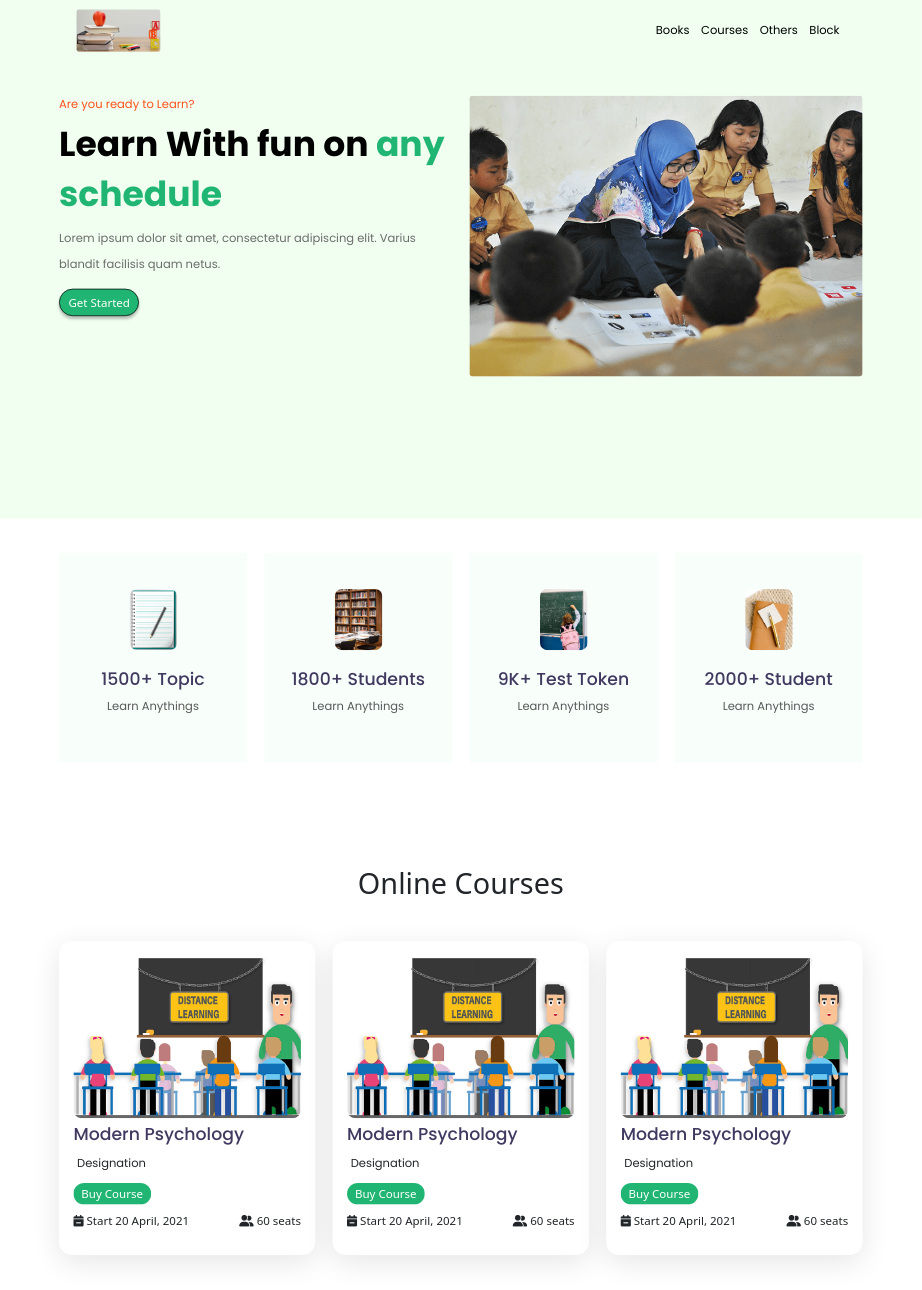
Repository: zjria/Figma-to-E-school
Page: index.html
The author's editor kept a copy of each file at every save. The page is drawn from the files as they stood at one save, then again after the next save.
The browser window is 1280 px wide. The pictures show the whole page, at 72% of full size.
Some web libraries are served in a nearby version.

Above is the page before, as saved 2022-05-07 08:17:35.

### index.html
<!doctype html>
<html lang="en">
  <head>
    <!-- Required meta tags -->
    <meta charset="utf-8">
    <meta name="viewport" content="width=device-width, initial-scale=1">
    <title>E-School</title>

    <!-- Google Font family -->
    <link rel="preconnect" href="https://fonts.googleapis.com">
    <link rel="preconnect" href="https://fonts.gstatic.com" crossorigin>
    <link href="https://fonts.googleapis.com/css2?family=Poppins:wght@100;300;400;500;600;700;800;900&display=swap" rel="stylesheet">
    <!-- Bootstrap CSS -->
    <link href="https://cdn.jsdelivr.net/npm/bootstrap@5.0.2/dist/css/bootstrap.min.css" rel="stylesheet">
    <!-- Font awesome -->
    <link rel="stylesheet" href="https://cdnjs.cloudflare.com/ajax/libs/font-awesome/6.1.1/css/all.min.css">
    <!-- custom css -->
    <link rel="stylesheet" href="style.css">
  </head>
  <body>
    <section class="hero-section">
        <div class="container">
            <div class="row">
                <nav class="navbar navbar-expand-md navbar-light">
                    <div class="container-fluid">
                      <a class="navbar-brand" href="#"><img class="img-fluid rounded-3" src="images/logo.png" alt=""></a>
                      <button class="navbar-toggler" type="button" data-bs-toggle="collapse" data-bs-target="#navbarSupportedContent" aria-controls="navbarSupportedContent" aria-expanded="false" aria-label="Toggle navigation">
                        <span class="navbar-toggler-icon"></span>
                      </button>
                      <div class="collapse navbar-collapse" id="navbarSupportedContent">
                        <ul class="navbar-nav me-auto mb-2 mb-lg-0">
                          <li class="nav-item">
                            <a class="nav-link" href="#">Books</a>
                          </li>
                          <li class="nav-item">
                            <a class="nav-link" href="#">Courses</a>
                          </li>
                          <li class="nav-item">
                            <a class="nav-link" href="#">Others</a>
                          </li>
                          <li class="nav-item">
                            <a class="nav-link" href="#">Block</a>
                          </li>
                        </ul>

                      </div>
                    </div>
                  </nav>
            </div>
            <!-- Header Content Section -->
            <div class="row pt-5">
              <div class="col-md-6 hero-content">
                <h5>Are you ready to Learn?</h5>
                <h1>Learn With fun on <span>any schedule</span></h1>
                <p>Lorem ipsum dolor sit amet, consectetur adipiscing elit. Varius blandit facilisis quam netus.</p>
                <a href="" class="btn btn-custom">Get Started</a>
              </div>
              <div class="col-md-6">
                <img src="images/hero-img.png" class="img-fluid rounded-3" alt="">
              </div>
            </div>
        </div>
    </section>

     <!-- Feature -->
     <section class="feature mt-5 mb-5">
      <div class="container">
        <div class="row">
          <div class="col-md-3">
            <div class="feature-content text-center">
              <img src="images/price-1.png" class="img-fluid" alt="">
              <h3>1500+ Topic</h3>
              <p>Learn Anythings</p>
            </div>
          </div>
          <div class="col-md-3">
            <div class="feature-content text-center">
              <img src="images/price-2.png" class="img-fluid" alt="">
              <h3>1800+ Students</h3>
              <p>Learn Anythings</p>
            </div>
          </div>
          <div class="col-md-3">
            <div class="feature-content text-center">
              <img src="images/price-3.png" class="img-fluid" alt="">
              <h3>9K+ Test Token</h3>
              <p>Learn Anythings</p>
            </div>
          </div>
          <div class="col-md-3">
            <div class="feature-content text-center">
              <img src="images/price-4.png" class="img-fluid" alt="">
              <h3>2000+ Student</h3>
              <p>Learn Anythings</p>
            </div>
          </div>
        </div>
      </div>
     </section>

     <!-- Online Course -->
     <section class="online-course p-5">
       <div class="container">
         <div class="col-12 online-header">
          <h1 class="text-center p-5">Online Courses</h1>
         </div>
         <div class="row">
           <div class="col-md-4">
            <div class="course">
              <img src="images/online-1.png" class="img-fluid" alt="">
              <h2>Modern Psychology</h2>
              <h6>Designation</h6>
              <a href="" class="btn btn-cours">Buy Course</a>
              <ul>
                <li><i class="fa-solid fa-calendar-minus"></i> Start 20  April, 2021</li>
                <li><i class="fa-solid fa-user-group"></i> 60 seats</li>
              </ul>
            </div>
           </div>
           <div class="col-md-4">
            <div class="course">
              <img src="images/online-1.png" class="img-fluid" alt="">
              <h2>Modern Psychology</h2>
              <h6>Designation</h6>
              <a href="" class="btn btn-cours">Buy Course</a>
              <ul>
                <li><i class="fa-solid fa-calendar-minus"></i> Start 20  April, 2021</li>
                <li><i class="fa-solid fa-user-group"></i> 60 seats</li>
              </ul>
            </div>
           </div>
           <div class="col-md-4">
            <div class="course">
              <img src="images/online-1.png" class="img-fluid" alt="">
              <h2>Modern Psychology</h2>
              <h6>Designation</h6>
              <a href="" class="btn btn-cours">Buy Course</a>
              <ul>
                <li><i class="fa-solid fa-calendar-minus"></i> Start 20  April, 2021</li>
                <li><i class="fa-solid fa-user-group"></i> 60 seats</li>
              </ul>
            </div>
           </div>
         </div>
       </div>
     </section>






    <!-- Option 1: Bootstrap Bundle with Popper -->
    <script src="https://cdn.jsdelivr.net/npm/bootstrap@5.0.2/dist/js/bootstrap.bundle.min.js"></script>
  </body>
</html>

### style.css
/* font-family: 'Poppins', sans-serif; */
.hero-section{
    background: #F0FFF0;
    min-height: 100vh;
}
.navbar-light .navbar-nav .nav-link {
    color: rgb(0, 0, 0);
    font-family: 'Poppins', sans-serif;
    font-style: normal;
    font-weight: 400;
    font-size: 16px;
    line-height: 24px;
}
.navbar-light .navbar-nav .nav-link:hover {
    color: #C2B49D;
}
.navbar-brand img{
    width: 15%;
}
.hero-content h5 {
    font-family: 'Poppins';
    font-style: normal;
    font-weight: 400;
    font-size: 16px;
    line-height: 24px;
    color: #FD511A;
}
.hero-content h1 {
    font-family: 'Poppins';
    font-style: normal;
    font-weight: 700;
    font-size: 48px;
    line-height: 70px;
    color: #000000;
}
.hero-content h1 span{
    color: #21B573
}
.hero-content p {
    font-family: 'Poppins';
    font-style: normal;
    font-weight: 400;
    font-size: 16px;
    line-height: 36px;
    color: #6C6B6B;
}
.btn-custom{
    background: #21B573;
    border: 1px solid #000000;
    box-shadow: 0px 4px 4px rgba(0, 0, 0, 0.25);
    border-radius: 33px;
    color: #fff;
}
.feature-content{
    background: #F8FFFB;
    padding: 50px 0;
}
.feature-content img{
    width: 66px;
    height: 85px;
    margin-bottom: 22px;
    border-radius: 10px;

}
.feature-content h3{
font-family: 'Poppins';
font-style: normal;
font-weight: 500;
font-size: 24px;
line-height: 36px;color: #413960;
}
.feature-content p{
font-family: 'Poppins';
font-style: normal;
font-weight: 400;
font-size: 16px;
line-height: 24px;color: #585859;
}
.feature-content:hover{
    background: #FFFFFF;
    box-shadow: 0px 20px 40px rgba(0, 0, 0, 0.1);
    border-radius: 10px;
}
/* Online Course */
.course {

background: #FFFFFF;
box-shadow: 0px 10px 40px rgba(0, 0, 0, 0.1);
border-radius: 18px;padding: 20px;}
.course img{

border-radius: 11px;}
.course h2{

font-family: 'Poppins';
font-style: normal;
font-weight: 500;
font-size: 24px;
line-height: 36px;color: #413960;padding: 5px 0px;margin: 0;}
.course h6{

margin: 0;font-family: 'Poppins';

font-weight: 400;

line-height: 24px;margin: 5px;}
.course .btn-cours{

background: #21B573;
border-radius: 33px;color: #fff;padding: 2px 10px;margin: 10px 0px;}
.course ul{

display: flex;justify-content: space-between;padding: 0;}
.course ul li {

list-style: none;margin: 0px;padding: 0px;}
.course ul li i{

}
.online-header h1{

}

After the next save:
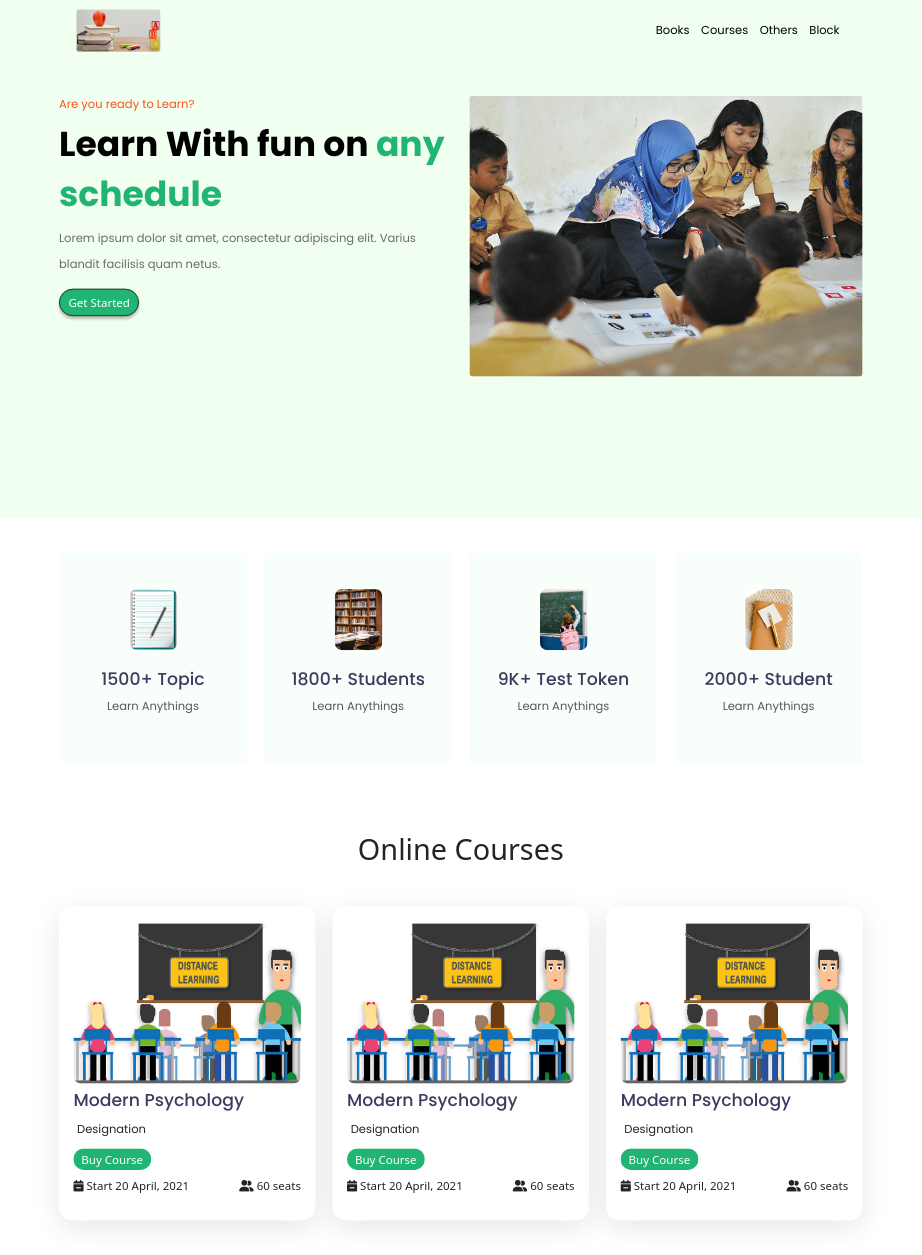
Saved 11 s later.
--- a/index.html
+++ b/index.html
@@ -102,7 +102,7 @@
      <section class="online-course p-5">
        <div class="container">
          <div class="col-12 online-header">
-          <h1 class="text-center p-5">Online Courses</h1>
+          <h1 class="text-center pb-5">Online Courses</h1>
          </div>
          <div class="row">
            <div class="col-md-4">
